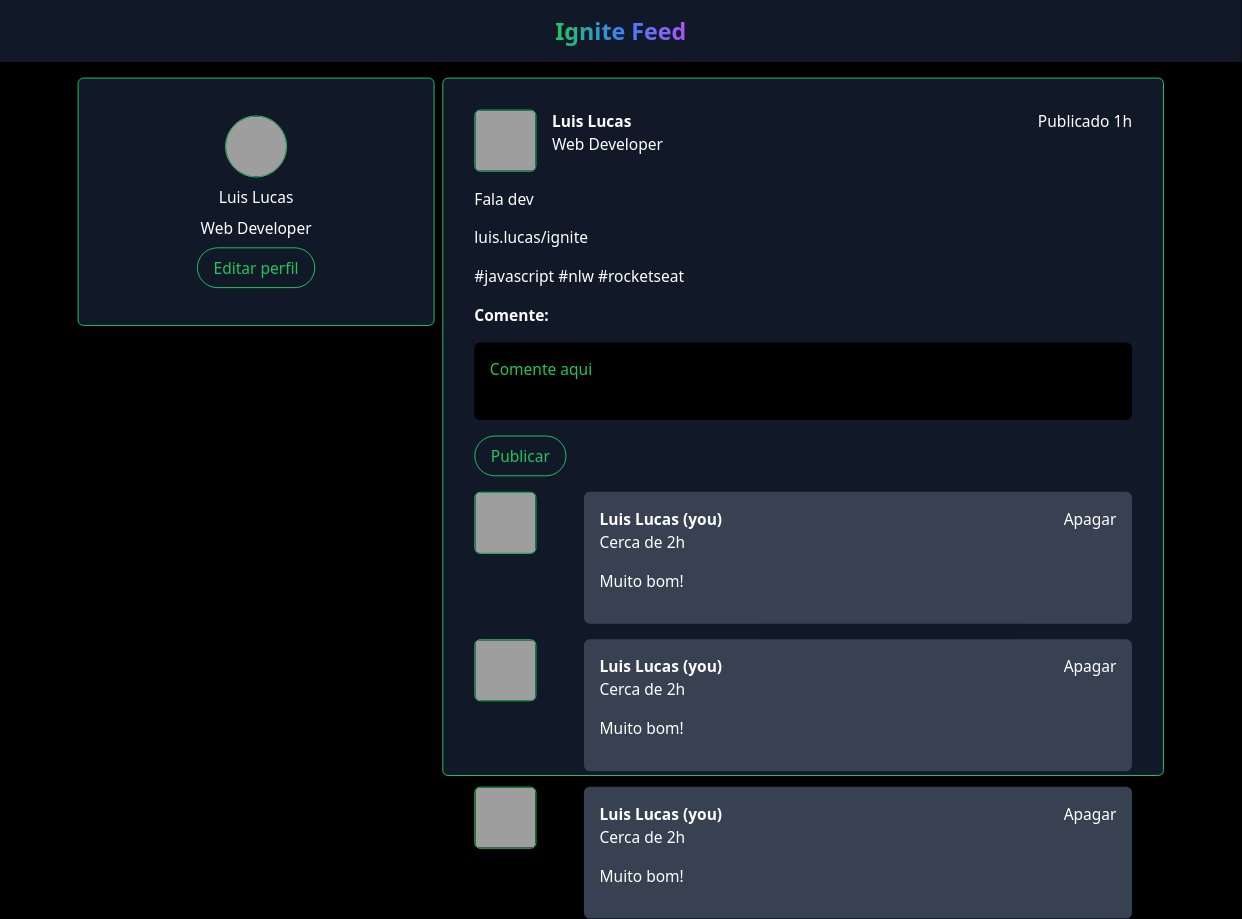
Repository: LuisSempre/ignite-feed
Page: /
These files come from the project's save history. The page is drawn as it stood at one moment and after the next save; the edit follows.
The browser window is 1280 px wide. The pictures show the whole page, at 97% of full size.
Pictures or frames that could not be fetched are drawn as grey boxes. The project was rebuilt for these pictures with package versions that can differ from the ones it lists, and the page was loaded fresh each time. Also part of the build but not shown: vite.config.js.

Above is the page before, as saved 2022-07-14 21:46:52.

After the next save:
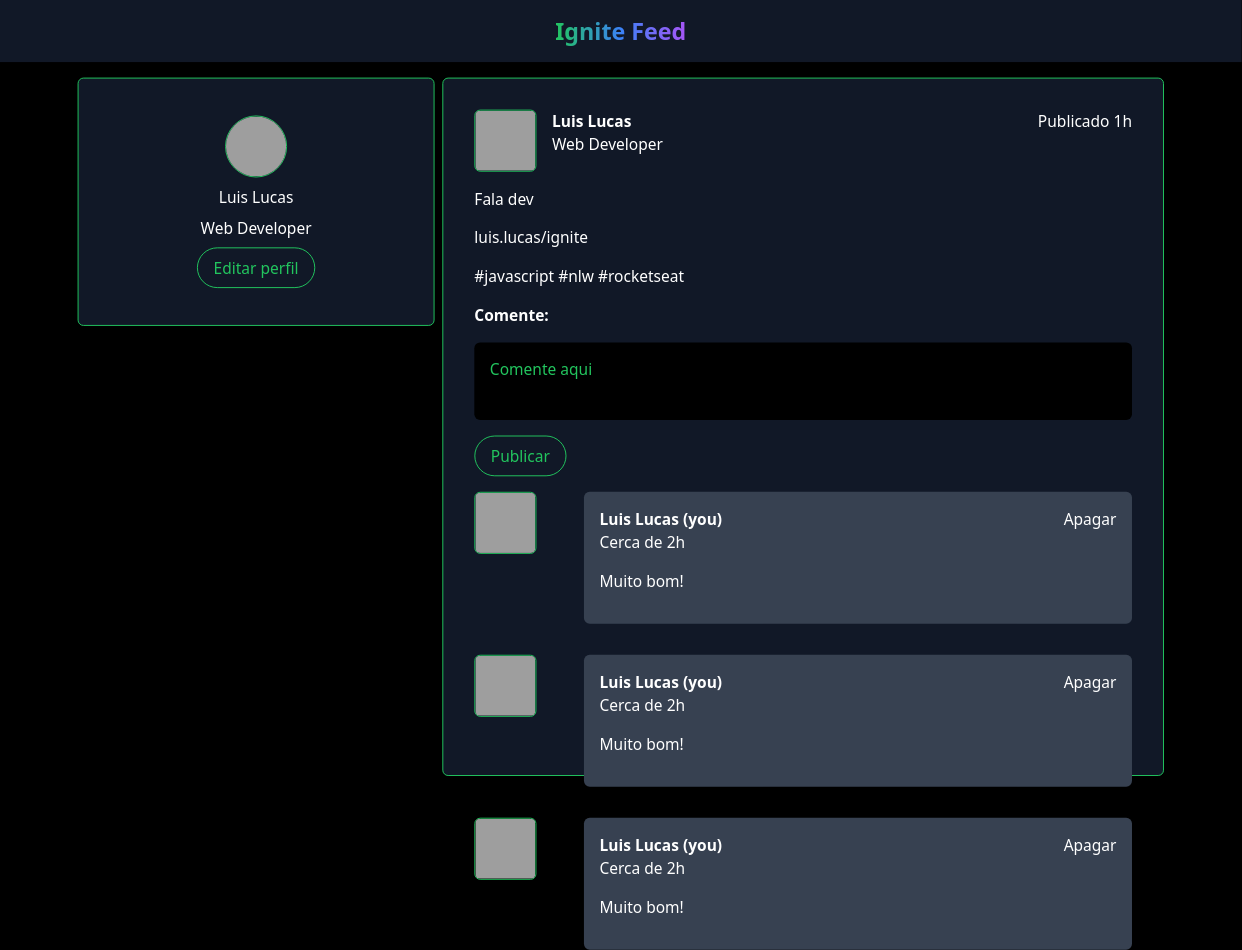
Saved 10 s later.
--- a/src/Components/Post.jsx
+++ b/src/Components/Post.jsx
@@ -38,7 +38,7 @@ export function Post() {
           Publicar
         </button>
       </form>
-      <div className="space-y-4">
+      <div className="space-y-8">
         <Comment />
         <Comment />
         <Comment />
